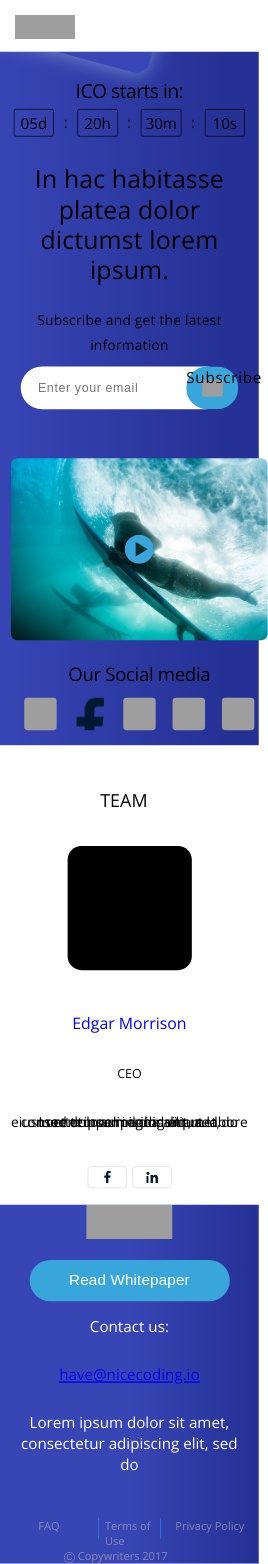
Repository: McGregorSt/newOne
Page: index.html
An editor plug-in stored every save of this project. The page is shown before and after the next save, followed by the edit.
The browser window is 375 px wide. The page is 388 px wide, so the pictures cover 388 px, including what lies to the right of the window. The pictures show the whole page, at 69% of full size.
Pictures or frames that could not be fetched are drawn as grey boxes.

Above is the page before, as saved 2019-12-17 23:23:42.

### index.html
<!DOCTYPE html>
<html lang="en">
<head>
  <meta charset="UTF-8">
  <meta name="viewport" content="width=device-width, initial-scale=1.0">
  <meta http-equiv="X-UA-Compatible" content="ie=edge">
  <link rel="stylesheet" href="css/style.css">
  <link href="https://fonts.googleapis.com/css?family=Open+Sans:300,300i,400,400i,600,600i,700,700i,800,800i&display=swap" rel="stylesheet">
  <script
  src="https://code.jquery.com/jquery-3.4.1.js"
  integrity="sha256-WpOohJOqMqqyKL9FccASB9O0KwACQJpFTUBLTYOVvVU="
  crossorigin="anonymous"></script>
  <title>Ethworks</title>
</head>
<body>
    <section class="modal">
      <div class="modal__content">
        <iframe src="" frameborder="0" id="youtube"></iframe>
        <div class="overlay"></div>
      </div>
    </section>
    <section class="header">
      <div class="header__logo"></div>
      <ul class="header__menu">
        <li class="header__menu__item"><a href="#">Home</a></li>
        <li class="header__menu__item"><a href="#">Team</a></li>
        <li class="header__menu__item"><a href="#">Contact</a></li>
      </ul>
    </section>
    <section class="main">
        <div class="wrapper">
        <div class="subs">
          <div class="subs__timer">
            <span class="subs__timer__header">ICO starts in:</span>
            <div class="subs__timer__global">
              <div class="subs__timer__item subs__timer__item__dd">05d</div>
              <div class="subs__timer__item">:</div>
              <div class="subs__timer__item subs__timer__item__hh">20h</div>
              <div class="subs__timer__item">:</div>
              <div class="subs__timer__item subs__timer__item__mm">30m</div>
              <div class="subs__timer__item">:</div>
              <div class="subs__timer__item subs__timer__item__ss">15s</div>
            </div>
          </div>
          <div class="subs__article">In hac habitasse platea dolor dictumst lorem ipsum.</div>
          <div class="subs__email">
            <span class="subs__email__header">Subscribe and get the latest information</span>
            <div class="subs__email__content">
              <input type="email" class="subs__email__input" placeholder="Enter your email">
              <div class="subs__email__button">Subscribe</div>
            </div>
          </div>
        </div>

      <div class="media">
        <div class="media__media">
          <div class="media__player">
            <svg xmlns="http://www.w3.org/2000/svg" width="24" height="24" viewBox="0 0 24 24"><path d="M12 0c-6.627 0-12 5.373-12 12s5.373 12 12 12 12-5.373 12-12-5.373-12-12-12zm-3 18v-12l10 6-10 6z"/></svg>
          </div>
          <div class="media__social">
            <span class="media__social__header">Our Social media</span>
            <div class="media__social__items">
              <div class="media__social__item media__social__tt"></div>
              <div class="media__social__item media__social__fb"></div>
              <div class="media__social__item media__social__md"></div>
              <div class="media__social__item media__social__gh"></div>
              <div class="media__social__item media__social__mail"></div>
            </div>
          </div>
        </div>
    </div>
    </div>
    <div class="subs__subs"></div>
    </section>
    <section class="team">
      <div class="team__header">TEAM</div>
      <div class="team__cards">
        <div class="team__card">
          <div class="team__card__photo"></div>
          <div class="team__card__name">Edgar Morrison</div>
          <div class="team__card__title">CEO</div>
          <div class="team__card__description">Lorem ipsum dolor sit amet, consectetur adipiscing elit, sed do eiusmod tempor incididunt ut labore et dolore magna aliqua. </div>
          <div class="team__card__social">
            <div class="card__social__fb"></div>
            <div class="card__social__in"></div>
          </div>
        </div>
        <div class="team__card">
          <div class="team__card__photo"></div>
          <div class="team__card__name">Mae Martin</div>
          <div class="team__card__title">CTO</div>
          <div class="team__card__description">Lorem ipsum dolor sit amet, consectetur adipiscing elit, sed do eiusmod tempor incididunt ut labore et dolore magna aliqua. </div>
          <div class="team__card__social">
            <div class="card__social__fb"></div>
            <div class="card__social__in"></div>
          </div>
        </div>
        <div class="team__card">
          <div class="team__card__photo"></div>
          <div class="team__card__name">David Banks</div>
          <div class="team__card__title">CFO</div>
          <div class="team__card__description">Lorem ipsum dolor sit amet, consectetur adipiscing elit, sed do eiusmod tempor incididunt ut labore et dolore magna aliqua.</div>
          <div class="team__card__social">
            <div class="card__social__fb"></div>
            <div class="card__social__in"></div>
          </div>
        </div>
        <div class="team__card">
          <div class="team__card__photo"></div>
          <div class="team__card__name">Frederick Parsons</div>
          <div class="team__card__title">COO</div>
          <div class="team__card__description">Lorem ipsum dolor sit amet, consectetur adipiscing elit, sed do eiusmod tempor incididunt ut labore et dolore magna aliqua.</div>
          <div class="team__card__social">
            <div class="card__social__fb"></div>
            <div class="card__social__in"></div>
          </div>
        </div>
      </div>
    </section>
    <section class="footer">
      <div class="footer__main">
        <div class="footer__main__logo"></div>
        <!-- <div class="footer__main__whitepaper"> -->
          <a href="#">
            <button type="button" class="header__whitepaper__button">Read Whitepaper</button>
          </a>
        <!-- </div> -->
      </div>
        <div class="footer__contact">
          <span>Contact us:</span>
          <span><a href="mailto:#" class="footer__contact--a">have@nicecoding.io</a></span>
          <span>Lorem ipsum dolor sit amet, consectetur adipiscing elit, sed do</span>
        </div>


      <div class="footer__menu">
          <span class="footer__menu--span">&#9400 Copywriters 2017</span>
        <div class="footer__menu--menu">
          <div class="footer__menu__separator"></div>
          <div class="footer__menu__item">
            <a href="#" class="menu__item--a">FAQ</a>
          </div>
          <div class="footer__menu__separator"></div>
          <div class="footer__menu__item">
            <a href="#">Terms of Use</a>
          </div>
          <div class="footer__menu__separator"></div>
          <div class="footer__menu__item">
            <a href="#">Privacy Policy</a>
          </div>
        </div>
      </div>
    </section>
  </div>
</body>
<script src="js/app.js">


</script>
</html>

### css/style.css
body {
  margin: 0;
  padding: 0;
  box-sizing: border-box;
  font-family: 'Open Sans', sans-serif;
  overflow-y: scroll;
}
/* section header */
.header {
  height: 95px;
  margin: auto;
  margin-top: -5px;
  display: flex;
  justify-content: space-between;
  align-items: center;
  padding: 0 180px;
}
.header__logo {
  width: 125px;
  height: 50px;
  background-image: url('../Assets/logo/dark.svg');
  background-size: cover;
  position: relative;
  left: -5px;
  top: 3px;
}

.header__menu {
  list-style: none;
  display: flex;
  letter-spacing: 1.1px;
  /* font-weight: 300; */
  /* justify-content: space-between; */
  font-size: 20px;
}

@media (max-width: 414px) {

  .header {
    height: 80px;
    padding: 0;
  }
  .header__logo {
    top: 4px;
    left: 3px;
    /* height: 45px; */
    background-position: left center;
    transform: scale(0.7);
  }
  .header__menu {
    display: none;
  }
}

.header__menu__item a {
  padding: 0 0 0 54px;
  text-decoration: none;
  color: #000;
}

/*

section main

*/
.main {
  height: 935px;
  background: linear-gradient(90deg, rgba(56,69,181,1) 0%, rgba(37,49,149,1) 88%);

}

.wrapper {
  display: flex;
  position: relative;

}


.wrapper:after {
  content: "";
  width: 100%;
  height: 100%;
  background-image: url('../Assets/BG/Shape1@1x.svg');
  background-repeat: no-repeat;
  background-size: 75%;
  background-position-y: -95px;
  background-position-x: -10px;
  position: absolute;
  z-index: 2;
  /* filter: url('../Assets/BG/Shape1@1x.svg#filter-2')  */
}

.subs {

  width: 50%;
  font-size: 28px;
  display: flex;
  flex-direction: column;
  padding: 90px 0 60px 175px;
  position: relative;
  z-index: 99;
}
.subs__subs {
  /* width: 50%; */
  height: 800px;
  background-image: url('../Assets/BG/Shape2@1x.svg');
  background-size: 47%;
  top: -730px;
  left: -200px;
  background-position-y: -260px;
  background-position-x: 170px;
  background-repeat: no-repeat;
  position: relative;
  z-index: 1;
  /* filter: url('../Assets/BG/Shape2@1x.svg#filter-2') */
}


.subs__timer {
  /* background-color: thistle; */
  position: relative;
  z-index: 1;
}
.subs__timer__header {
  letter-spacing: -0.8px;
}
.subs__timer__global {
  width: 56.4%;
  display: flex;
  justify-content: space-between;
  padding: 15px 0 40px 0 ;
}
.subs__timer__global > div {
  width: 88px;
  height: 65px;
  display: flex;
  justify-content: center;
  align-items: center;
}
.subs__timer__item:nth-child(2n+2) {

}
.subs__timer__global > div:nth-child(2n+1) {
  width: 40%;
  border: 1px solid #000;
  font-size: 36px;
  border-radius: 7px;
}
.subs__article {
  font-size: 54px;
  letter-spacing: 0.2px;
  line-height: 83px;
  padding: 35px 0;
  /* background-color: wheat; */

}

.subs__email {
  /* background-color: yellow; */
  display: flex;
  flex-direction: column;
  font-size: 22px;
  letter-spacing: 0.3px;
  padding: 60px 0;
}
.subs__email__content {
  height: 100px;
  padding: 30px 0;
  display: flex;
}
.subs__email__input {
  height: 60%;
  width: 67%;
  border-radius: 40px;
  font-size: 22px;
  padding-left: 25px;
  letter-spacing: 0.9px;
  outline: none;
  border: 0;
}
.subs__email__input::placeholder {
  /* padding-left: 25px; */
}
.subs__email__button {
  height: 65%;
  width: 20%;
  background-color:#38A6DB;
  font-size: 22px;
  letter-spacing: 1.05px;
  border: 0;
  border-radius: 30px;
  position: relative;
  left: -200px;
}
.subs__email--sender {
  width: 50px;
  height: 50px;

  background-image: url('../Assets/Icon/Subscribe@1x.svg');
  background-size: cover;
  background-color: aliceblue;
}

@media (max-width: 414px) {
  .main {
    height: 1005px;

  }
  .wrapper {
    flex-wrap: wrap;
  }
  .subs {
    width: 100%;
    padding: 0;
    flex-direction: column;
    justify-self: center;

  }
  .subs > * {
    text-align: center;
    padding: 20px;
  }
  .subs__timer__header {
    position: relative;
    top: 17px;
  }
  .subs__timer__global {
    width: 100%;
    position: relative;
    top: 10px;
  }
  .subs__timer__global > div:nth-child(2n + 1) {
    width: 50%;
    height: 38px;
    font-size: 22px;
    border-radius: 3px;
  }
  .subs__timer__item:nth-child(2n) {
    font-size: 22px;
    height: 38px;
    width: 30%;
  }
  .subs__article {
    font-size: 36px;
    line-height: 44px;
    padding: 0 20px;
    position: relative;
    top: -10px;
  }
  .subs__email {
    padding: 0;
  }
  .subs__email__header {
    position: relative;
    top: 22px;
    font-size: 20px;
    padding: 0 20px;
    line-height: 36px;
  }
  .subs__email__content {
    justify-content: center;
    position: relative;
    top: 5px;
    /* padding: 0; */
  }
  .subs__email__input {
    width: 100%;
    position: relative;
    left: 30px;
    font-size: 18px;
    /* padding: 0; */
  }
  .subs__email__button {
    height: 62%;
    /* width: 18%; */
    position: relative;
    left: -30px;
    background-color: #38A6DB;
    background-image: url('../Assets/Icon/Subscribe@1x.svg');
    background-size: 40% 40%;
    background-position: center center;
    background-repeat: no-repeat;
    /* transform: scale(0.8); */
  }
  .subs__email__button:before {
    content: '';
    background-color: brown;
    width: 300px;
    height: 300px;
    z-index: 995;
  }
}

.modal {
  display: none;
}
#youtube {
  width: 800px;
  height: 500px;
  background: rgb(0, 0, 0);
  position: absolute;
  left: 50%;
  top: 50%;
  transform: translate(-50%, -50%);
  z-index: 999;
}
.overlay {
  display: block;
  width: 100%;
  height: 100%;
  background: rgba(0, 0, 0, 0.4);
  position: fixed;
  top: 0;
  left: 0;
  z-index: 998;
}
.media {
  /* height: 80%; */
  width: 50%;
  /* background-color: tomato; */
}
.media__media {
  height: 100%;
  /* display: flex;
  flex-direction: column; */
  /* justify-content: space-around; */
  padding: 235px 0 0 60px;
}
.media__player {
  width: 620px;
  height: 440px;
  display: flex;
  justify-content: center;
  align-items: center;
  background-color: rgba(15, 51, 47, 0.411);
  background-image: url('../Assets/player/27230166476_3c7a942ccc_c.jpg');
  position: relative;
  z-index: 20;
}
.media__player svg {
  width: 70px;
  height: 70px;
  fill: #38A6DB;
}
.media__social {
  width: 620px;
  height: 23%;
  display: flex;
  flex-direction: column;
  align-items: flex-end;
  justify-content: center;
  /* background-color: orangered; */
}
.media__social__header {
  font-size: 26px;
  padding: 80px 0 16px 0;

}
.media__social__items {
  width: 56.3%;
  display: flex;
  justify-content: space-between;
}
.media__social__item {
  width: 47px;
  height: 47px;
  border-radius: 5px;
  background-size: cover;
}
.media__social__tt {
  background-image: url('../Assets/Social icons/Twitter@1x.svg');
}
.media__social__fb {
  background-image: url('../Assets/Social icons/Facebook@1x.svg');
}
.media__social__md {
  background-image: url('../Assets/Social icons/Medium@1x.svg');
}
.media__social__gh {
  background-image: url('../Assets/Social icons/Github@1x.svg');
}
.media__social__mail {
  background-image: url('../Assets/Social icons/Telegram@1x.svg');
}

@media (max-width: 414px) {
  .media {
    height: 20px;
  }
  .media__media {
    transform: scale(0.5);
    padding: 0;
    margin: 0;
  }
  .media__player {
    transform: scale(1.2);
    border-radius: 15px;
    position: relative;
    top: 50px;
  }
  .media__social {
    justify-content: center;
    align-items: center;
    margin-top: 200px;
  }
  .media__social__header {
    font-size: 54px;
    letter-spacing: -1px;
  }
  .media__social__items {
    width: 100%;
    margin-top: 40px;
  }
  .media__social__item {
    transform: scale(2);
  }
}


/*
section team
*/

.team {
  display: flex;
  flex-direction: column;
  align-items: center;
  padding: 95px 0 50px 0;
}
.team__header {
  font-size: 26px;
  position: relative;
  left: 20px;
}
.team__cards {
  display: flex;
  justify-content: space-between;
  padding: 60px 0;
}
.team__card {
  height: 500px;
  width: 360px;
  display: flex;
  flex-direction: column;
  justify-content: space-between;
  align-items: center;
  margin: 0 10px;
  /* background-color: palegreen; */
  padding: 5px 10px
}
.team__card__photo {
  width: 180px;
  height: 180px;
  border-radius: 20px;
  background-color: black;

}
.team__card__name {
  font-size: 23px;
  color: blue;
  /* position: relative;
  top: -10px; */
}
.team__card__title {
  font-size: 18px;
  position: relative;
  top: -20px;
}
.team__card__description {
  font-size: 20px;
  text-align: center;
  line-height: 38px;
  position: relative;
  top: -10px;
  padding: 0 5px;
}
.team__card__social {
  display: flex;
  justify-content: space-between;
}
.team__card__social > * {
  width: 55px;
  height: 30px;
  border: 1px solid #ddd;
  border-radius: 5px;
  margin: 4px;
}
.card__social__fb {
  background-image: url('../Assets//Profil/Facebook@1x.svg');
  background-position: center center;
  background-size:20%;

  background-repeat: no-repeat;
}
.card__social__in {
  background-image: url('../Assets//Profil/linkedin@1x.svg');
  background-position: center center;
  background-size:30%;
  background-repeat: no-repeat;

}

@media (max-width: 414px) {
  .team {
    padding: 0;
  }
  .team__header {
    top: 62px;
    left: -8px;
  }
  .team__card:nth-child(n+2) {
    display: none;
  }
  .team__card {
    position: relative;
    top: 45px;
  }
  .team__card__name {
    position: relative;
    top: 10px;
  }
  .team__card__title {
    margin-top: 25px;
  }
  .team__card__description {
    line-height: 0px;
  }
}






/*
section footer
*/

.footer {
  /* display: flex;
  flex-direction: column;
  align-items: center; */
  color: white;
  background: linear-gradient(90deg, rgba(56,69,181,1) 50%, rgba(37,49,149,1) 99%);
}
.footer__main {
  /* height: 410px; */
  display: flex;
  justify-content: space-between;
  padding: 0 180px;
}

/* .footer__header {
  height: 123px;
  width: 100%;
  background-color: cornflowerblue;
  display: flex;
  justify-content: space-between;
  align-items: center;
} */
.footer__main__logo {
  width: 10%;
  margin-top: 30px;
  width: 125px;
  height: 50px;
  background-image: url('../Assets/logo/Light.svg');
  background-size: cover;
  position: relative;
  left: -5px;
  top: 3px;

}
.footer__contact {
  width: 500px;
  height: 290px;
  margin: auto;
  /* background-color: crimson; */
  display: flex;
  flex-direction: column;
  align-items: center;
  /* position: relative; */
  /* left: - 90px; */
}
.footer__main__whitepaper {
  width: 19%;
  /* background-color: darkgreen; */
  /* padding-top: 33px; */
}



.footer__menu {
  height: 60px;
  /* background-color: darkgoldenrod; */
  width:55%;
  margin: auto;
  font-size: 19px;
  display: flex;
  justify-content: space-between;
  padding-top: 10px;
}
.header__whitepaper__button {
  height: 60px;
  width: 290px;
  background-color:#38A6DB;
  font-size: 22px;
  letter-spacing: 0.25px;
  border: 0;
  border-radius: 30px;
  position: relative;
  top: 30px;
  color: white;
}
.footer__contact > span {
  margin-bottom: 40px;
  font-size: 22px;
  text-align: center;
  position: relative;
  top: -5px;
  left: -15px;
}
.footer__main__contact > span > a {
  font-size: 26px;
  color: #1F86ED;
  letter-spacing: 0.7px;
  position: relative;
  top: -6px;
}
.footer__main__contact > span:last-child {
  font-size: 21px;
  top: -20px;
}
.footer__menu {
  color: rgba(189, 189, 189, 0.6);

}
.footer__menu__item, .footer__menu__item > a {
  width: 35%;
  display: flex;
  justify-content: center;
  color: rgba(189, 189, 189, 0.6);
  text-decoration: none;
}
.footer__menu--span {
  width: 25%;
  padding-right: 35px;
  margin-left: -20px;

}
.footer__menu__separator {
  width: 3px;
  height: 30px;
  background-color: #1F86ED;
}

@media (max-width: 414px) {
  .footer__main {
    padding: 0;
    flex-direction: column;
    justify-content: center;
  }
  .footer__main > * {
    left: 0;
    top: 0;
    margin: auto;
  }
  .footer__contact {
    width: 90%;
    margin-top: 50px;
  }
  .footer__contact > span {
    top: 0;
    left: 0;
  }
  .footer__whitepaper__button {
    align-items: center;
  }
  .footer__menu {
    width: 100%;
    display: flex;
    flex-direction: column-reverse;
    font-size: 16px;
    align-content: center;
  }
  .footer__menu__item, .footer__menu__item > a {
    width: 80%;
  }
  .footer__menu__item:nth-child(4)  {
    width: 50%;
  }
  .footer__menu--menu {
    width: 100%;
    display: flex;
  }
  .footer__menu__separator:first-child {
    display: none;
  }
  .footer__menu--span {
    width: 100%;
    padding: 0;
    text-align: center;
  }
}

### js/app.js
let chi = document.querySelectorAll('.subs__timer__global:nth-child(2n+1)')
console.log(chi)

$(document).ready(function() {
  $('.media__player svg').on('click', function() {
   let src = 'https://www.youtube.com/embed/SJ7Q6Gd1rJE?autoplay=1&rel=0'
    $('#youtube').attr('src', src)
    $('.modal').toggleClass('overlay')
  })
  function modalHide() {
    $('#youtube').attr('src', '')
    $('.modal').toggleClass('overlay')

  }
  $('.overlay').on('click', modalHide)

  const initialWatch = {
    seconds: 15,
    minutes: 30,
    hours: 20,
    days: 5
  }

  const countDownWatch = {
    seconds: initialWatch.seconds,
    minutes: initialWatch.minutes,
    hours: initialWatch.hours,
    days: initialWatch.days
  }
  const seconds = $('.subs__timer__item__ss')
  const minutes = $('.subs__timer__item__mm')
  const hours = $('.subs__timer__item__hh')
  const days = $('.subs__timer__item__dd')

  const tick = 1000
  let sec = setInterval(() => {
    countDownWatch.seconds -= 1000 / 1000
    if (countDownWatch.seconds < 0){
      countDownWatch.minutes -= 1
      countDownWatch.seconds = 59
      if (countDownWatch.minutes < 0) {
        countDownWatch.hours -= 1
        countDownWatch.minutes = 59
        if (countDownWatch.hours < 0) {
          countDownWatch.days -= 1
          countDownWatch.hours = 23
        }
      }

    } else if (
      countDownWatch.days === 0 &&
      countDownWatch.hours === 0 &&
      countDownWatch.minutes === 0 &&
      countDownWatch.seconds === 0
      ) {
        clearInterval(sec)
      }

      // function toRender(units) {
      //   $(this) = units
      //   console.log(this.units)
      //   if (this.countDownWatch.units < 10){
      //     return this.units.html(`0${this.countDownWatch.units}s`)
      //   } else {
      //     return this.units.html(`${this.countDownWatch.units}s`)
      //   }
      // }

      seconds.html(countDownWatch.seconds < 10 ? `0${countDownWatch.seconds}s` : `${countDownWatch.seconds}s`)
      minutes.html(countDownWatch.minutes < 10 ? `0${countDownWatch.minutes}m` : `${countDownWatch.minutes}m`)
      hours.html(countDownWatch.hours < 10 ? `0${countDownWatch.hours}h` : `${countDownWatch.hours}h`)
      days.html(countDownWatch.days < 10 ? `0${countDownWatch.days}d` : `${countDownWatch.days}d`)
  }, tick)

    let windowWidth = window.screen.width
    const menuItem = $('.footer__menu__item')
    let faq = menuItem[0]
    let termsOfUse = menuItem[1]
    let contactUs = $('.footer__contact--a')

    if (windowWidth < 415) {
      $('.subs__email__button').html('')
      faq.innerText = 'Terms of Use'
      termsOfUse.innerText = 'FAQ'
      contactUs[0].innerText = 'hello@stay.io'
    }
    console.log($('.footer__menu__item'))
})

### Assets/BG/Shape1@1x.svg
<?xml version="1.0" encoding="UTF-8"?>
<svg width="1072px" height="582px" viewBox="0 0 1072 582" version="1.1" xmlns="http://www.w3.org/2000/svg" xmlns:xlink="http://www.w3.org/1999/xlink">
    <!-- Generator: Sketch 47.1 (45422) - http://www.bohemiancoding.com/sketch -->
    <title>BG/Shape1@1x</title>
    <desc>Created with Sketch.</desc>
    <defs>
        <path d="M982.285156,102 L982.285156,370.03125 L210.193802,575.356423 L210.193802,575.356423 C169.990097,586.047947 128.661819,562.429109 117.465781,522.362973 L-9.09494702e-13,102 L982.285156,102 Z" id="path-1"></path>
        <filter x="-16.7%" y="-32.3%" width="133.5%" height="169.1%" filterUnits="objectBoundingBox" id="filter-2">
            <feOffset dx="0" dy="11" in="SourceAlpha" result="shadowOffsetOuter1"></feOffset>
            <feGaussianBlur stdDeviation="53" in="shadowOffsetOuter1" result="shadowBlurOuter1"></feGaussianBlur>
            <feColorMatrix values="0 0 0 0 0.164705882   0 0 0 0 0.219607843   0 0 0 0 0.615686275  0 0 0 1 0" type="matrix" in="shadowBlurOuter1"></feColorMatrix>
        </filter>
    </defs>
    <g id="Page-1" stroke="none" stroke-width="1" fill="none" fill-rule="evenodd">
        <g id="FRONTENT-ZADANIE2">
            <g id="//BG" transform="translate(0.000000, -102.000000)">
                <g id="header-bg">
                    <g id="Rectangle">
                        <g id="BG/Shape1" transform="translate(491.142578, 339.963586) scale(-1, 1) translate(-491.142578, -339.963586) ">
                            <use fill="black" fill-opacity="1" filter="url(#filter-2)" xlink:href="#path-1"></use>
                            <use fill="#3947B6" fill-rule="evenodd" xlink:href="#path-1"></use>
                        </g>
                    </g>
                </g>
            </g>
        </g>
    </g>
</svg>

After the next save:
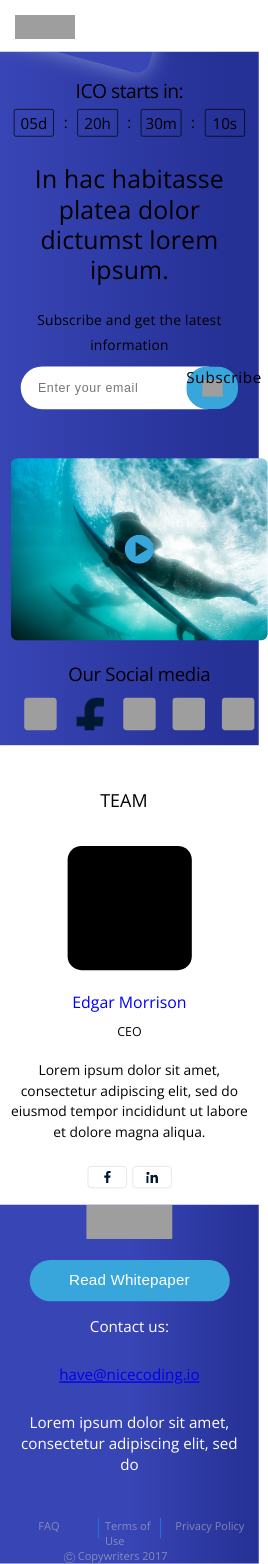
Saved 26 s later.
--- a/css/style.css
+++ b/css/style.css
@@ -523,7 +523,7 @@ section team
     margin-top: 25px;
   }
   .team__card__description {
-    line-height: 0px;
+    line-height: 30px;
   }
 }
 
